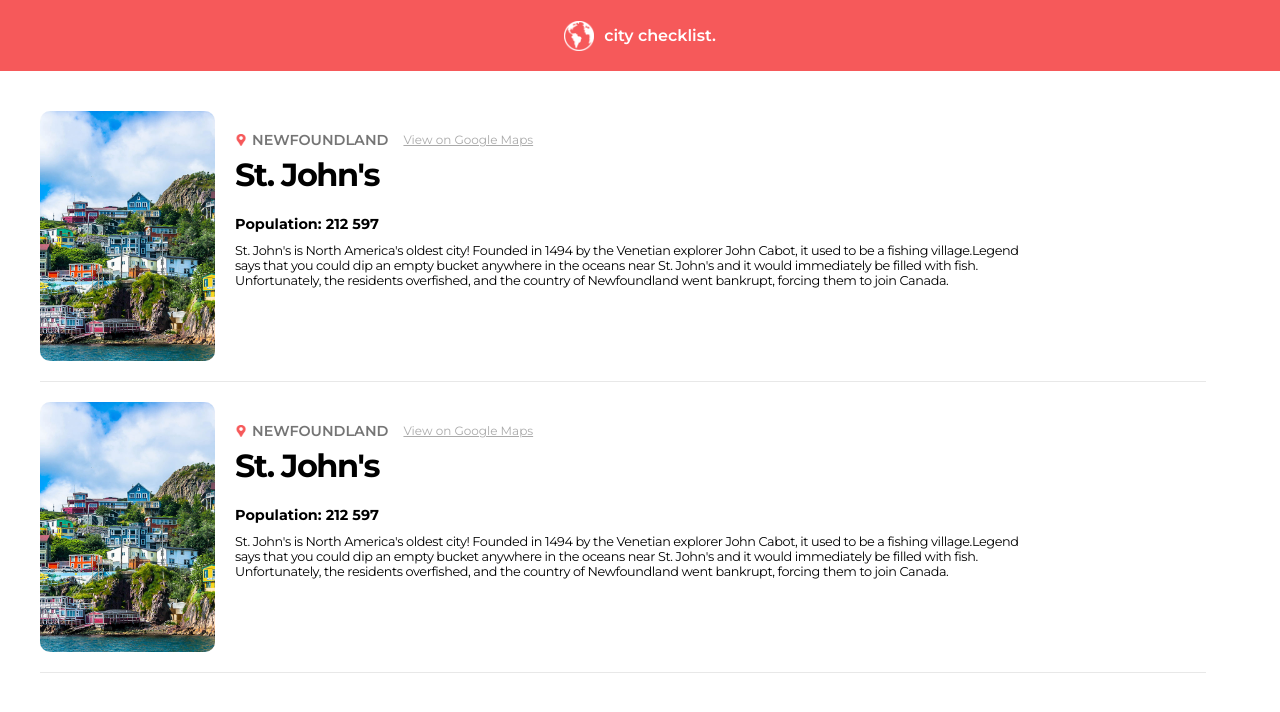
Repository: jsong552/my-city-checklist
Page: /
These files come from the project's save history. The page is drawn as it stood at one moment and after the next save; the edit follows.
The browser window is 1280 px wide. The pictures show the whole page.
The project was rebuilt for these pictures with package versions that can differ from the ones it lists, and the page was loaded fresh each time. Imported but missing from the stored project, and not drawn on this page: src/reportWebVitals.

Above is the page before, as saved 2023-12-29 19:28:37.

### public/index.html
<!DOCTYPE html>
<html lang="en">
  <head>
    <meta charset="utf-8" />
    <link rel="preconnect" href="https://fonts.googleapis.com">
    <link rel="preconnect" href="https://fonts.gstatic.com" crossorigin>
    <link href="https://fonts.googleapis.com/css2?family=Inter:wght@400;600;700&family=Montserrat:wght@200;300;400;500;600;700&display=swap" rel="stylesheet">
    <link rel="icon" href="%PUBLIC_URL%/favicon.ico" />
    <meta name="viewport" content="width=device-width, initial-scale=1" />
    <meta name="theme-color" content="#000000" />
    <meta
      name="description"
      content="Web site created using create-react-app"
    />
    <link rel="apple-touch-icon" href="%PUBLIC_URL%/logo192.png" />
    <!--
      manifest.json provides metadata used when your web app is installed on a
      user's mobile device or desktop. See https://developers.google.com/web/fundamentals/web-app-manifest/
    -->
    <link rel="manifest" href="%PUBLIC_URL%/manifest.json" />
    <!--
      Notice the use of %PUBLIC_URL% in the tags above.
      It will be replaced with the URL of the `public` folder during the build.
      Only files inside the `public` folder can be referenced from the HTML.

      Unlike "/favicon.ico" or "favicon.ico", "%PUBLIC_URL%/favicon.ico" will
      work correctly both with client-side routing and a non-root public URL.
      Learn how to configure a non-root public URL by running `npm run build`.
    -->
    <title>React App</title>
  </head>
  <body>
    <noscript>You need to enable JavaScript to run this app.</noscript>
    <div id="root"></div>
    <!--
      This HTML file is a template.
      If you open it directly in the browser, you will see an empty page.

      You can add webfonts, meta tags, or analytics to this file.
      The build step will place the bundled scripts into the <body> tag.

      To begin the development, run `npm start` or `yarn start`.
      To create a production bundle, use `npm run build` or `yarn build`.
    -->
  </body>
</html>

### src/index.css
body {
    margin: 0px;
}

.navbar {
    display: flex;
    align-items: center;
    padding: 10px;
    justify-content: center;
    background-color: #F6595A;
}

.navbar img {
    width: 30px;
    margin-right: 10px;
}

.navbar p {
    color: white;
    font-family: Montserrat;
    font-weight: 600;
}

/* card styles */

.cardsContainer {
    margin-left: 40px;
    margin-top: 20px;
}

.card {
    padding-top: 20px;
    padding-bottom: 20px;
    border-bottom: 1px solid #bbbbbb55;
    display: flex;
    font-family: Montserrat;
    width: 94%;
}

.imageOfLocation {
    height: 250px;
    width: 175px;
    border-radius: 10px;
    object-fit: cover;
}

.cardInfo {
    margin-left: 20px;
    padding-top: 20px;
    width: 69%;
}

.locationMarker {
    width: 12px;
    margin-right: 5px;
}

.cardLocation * {
    display: inline;
}

.cardLocation h4 {
    font-weight: 600;
    font-size: 0.9rem;
    position: relative;
    bottom: 1px;
    text-transform: uppercase;
    color: #757575;
}

.cardLocation a {
    font-size: 0.75rem;
    position: relative;
    bottom: 2px;
    color: #aaaaaa;
    margin-left: 15px;
}

.cardInfo h1 {
    margin-top: 5px;
    letter-spacing: -1.5px;
}

.cardInfo h3 {
    font-size: 0.9rem;
    margin-bottom: 10px;
}

.cardInfo p {
    margin-top: 0px;
    font-size: 0.8rem;
    letter-spacing: -0.4px;
}

### src/App.js
import React from "react";
import Navbar from "./components/Navbar.js";
import Card from "./components/Card.js";
import data from "./data/cardData.js"

let allCards = data.map((data) => {
    return <Card
                key={data.id}
                info={data}
            />
    }
)

export default function App() {
    return (
        <div className="container">
            <Navbar />
            <div className="cardsContainer">
                {allCards}
            </div>
        </div>
    )
}

### src/components/Navbar.js
import React from "react";

export default function Navbar() {
    return (
        <nav className="navbar">
            <img src={require('../images/logo.png')} alt="logo"/>
            <p>city checklist.</p>
        </nav>
    )
}

### src/components/Card.js
import React from "react";

export default function Card(props) {
    return (
        <div className="card">
            <img className="imageOfLocation" src={require('../images/stjohns.jpg')} alt="St. Johns Downtown" />
            <div className="cardInfo">
                <span className="cardLocation">
                    <img className="locationMarker" src={require('../images/location-marker.png')} />
                    <h4>{props.info.province}</h4>
                    <a href={props.info.link}>View on Google Maps</a>
                </span>
                <h1>{props.info.city}</h1>
                <h3>Population: {props.info.population}</h3><p>{props.info.desc}
                </p>
            </div>
        </div>
    )
}

### src/data/cardData.js
export default [
    {
        id: 1,
        province: "newfoundland",
        image: "../images/stjohns.jpg",
        city: "St. John's",
        population: "212 597",
        desc: "St. John's is North America's oldest city! Founded in 1494 by the Venetian explorer John Cabot, it used to be a fishing village.Legend says that you could dip an empty bucket anywhere in the oceans near St. John's and it would immediately be filled with fish. Unfortunately, the residents overfished, and the country of Newfoundland went bankrupt, forcing them to join Canada.",
        link: "https://www.google.com/maps/place/St.+John's,+NL/@47.4825126,-52.9947887,11z/data=!3m1!4b1!4m6!3m5!1s0x4b0ca38e6b0aa261:0x9e1fd4001f12261f!8m2!3d47.5556097!4d-52.7452511!16zL20vMGo4cDY?hl=en&entry=ttu",
    },
    {
        id: 2,
        province: "newfoundland",
        city: "St. John's",
        image: "../images/stjohns.jpg",
        population: "212 597",
        desc: "St. John's is North America's oldest city! Founded in 1494 by the Venetian explorer John Cabot, it used to be a fishing village.Legend says that you could dip an empty bucket anywhere in the oceans near St. John's and it would immediately be filled with fish. Unfortunately, the residents overfished, and the country of Newfoundland went bankrupt, forcing them to join Canada.",
        link: "https://www.google.com/maps/place/St.+John's,+NL/@47.4825126,-52.9947887,11z/data=!3m1!4b1!4m6!3m5!1s0x4b0ca38e6b0aa261:0x9e1fd4001f12261f!8m2!3d47.5556097!4d-52.7452511!16zL20vMGo4cDY?hl=en&entry=ttu",
    },
]

Loaded but not shown: src/index.js (common file)

After the next save:
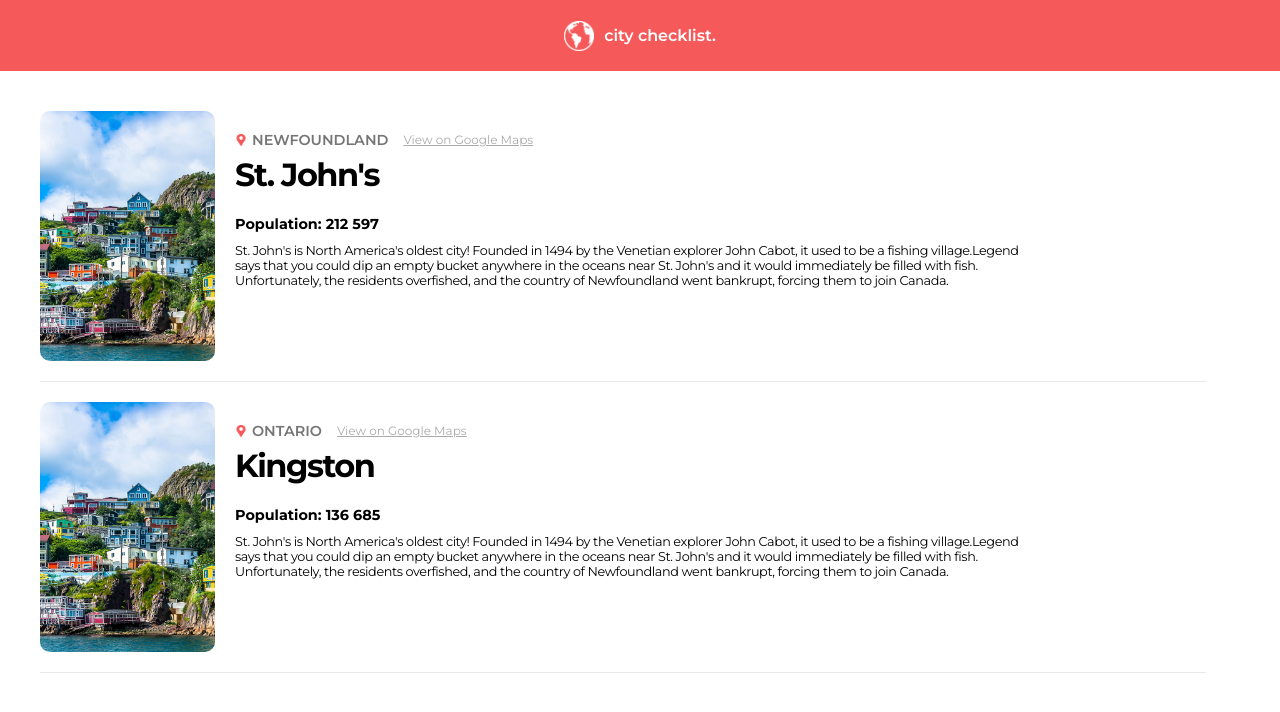
Saved 2 min 7 s later.
--- a/src/data/cardData.js
+++ b/src/data/cardData.js
@@ -10,10 +10,10 @@ export default [
     },
     {
         id: 2,
-        province: "newfoundland",
-        city: "St. John's",
+        province: "Ontario",
+        city: "Kingston",
         image: "../images/stjohns.jpg",
-        population: "212 597",
+        population: "136 685",
         desc: "St. John's is North America's oldest city! Founded in 1494 by the Venetian explorer John Cabot, it used to be a fishing village.Legend says that you could dip an empty bucket anywhere in the oceans near St. John's and it would immediately be filled with fish. Unfortunately, the residents overfished, and the country of Newfoundland went bankrupt, forcing them to join Canada.",
         link: "https://www.google.com/maps/place/St.+John's,+NL/@47.4825126,-52.9947887,11z/data=!3m1!4b1!4m6!3m5!1s0x4b0ca38e6b0aa261:0x9e1fd4001f12261f!8m2!3d47.5556097!4d-52.7452511!16zL20vMGo4cDY?hl=en&entry=ttu",
     },
